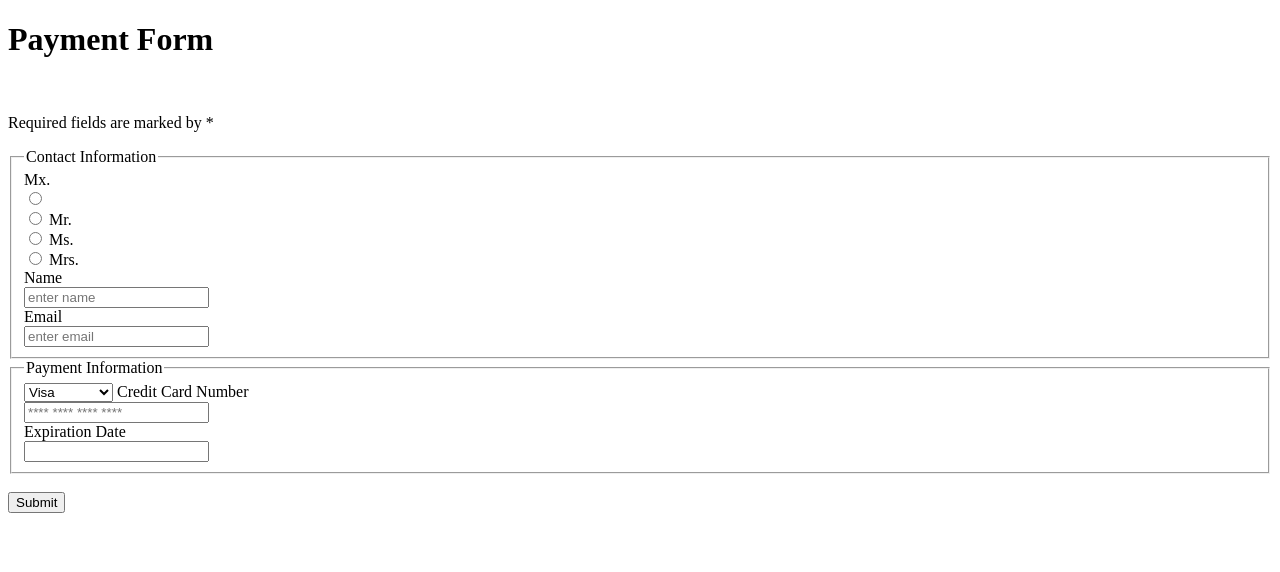
Repository: 10-2-pursuit/lab-intro-to-forms
Page: index.html
These files come from the project's save history. The page is drawn as it stood at one moment and after a run of saves; the edit follows.
The browser window is 1280 px wide. The pictures show the whole page.

Above is the page before, as saved 2023-06-13 21:45:48.

After the next 5 saves:
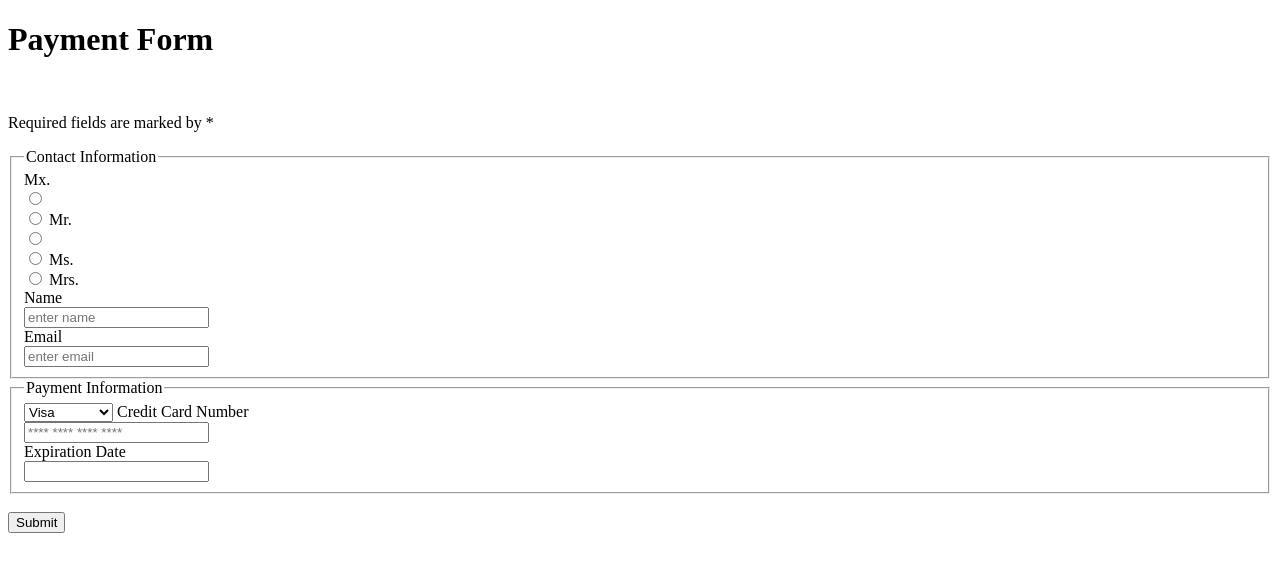
The 5 saves are shown as one change because they came seconds apart.
The last was saved 21 s later.
--- a/index.html
+++ b/index.html
@@ -18,7 +18,8 @@
            <br>
            <input type="radio" name="prefix" id="prefixMr.">
            <label for="Mr.">Mr.</label>
-
+           <br>
+           <input type="radio" name="prefix" id="prefixMr.">
            <br>
            <input type="radio" name="prefix" id="prefixMs." >
            <label for="Ms.">Ms.</label>
